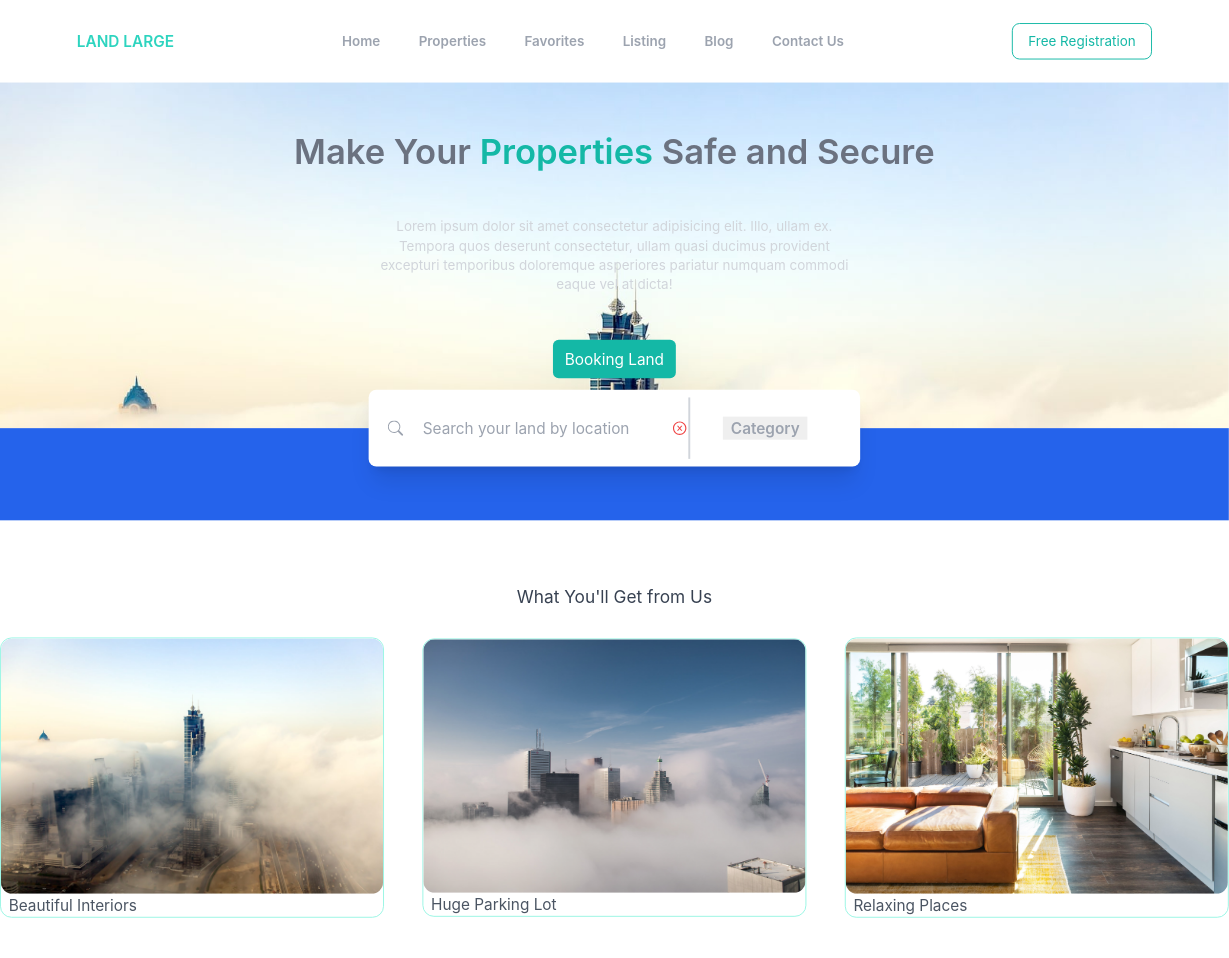
Repository: MuniruIssah/realestate
Page: /
The author's editor kept a copy of each file at every save. The page is drawn from the files as they stood at one save, then again after the next save.
The browser window is 1280 px wide. The pictures show the whole page, at 96% of full size.
The project was rebuilt for these pictures with package versions that can differ from the ones it lists, and the page was loaded fresh each time. Also part of the build but not shown: src/App.css.

Above is the page before, as saved 2022-02-19 23:20:40.

### src/App.js
import logo from "./logo.svg";
import "./App.css";
import Header from "./components/Header";
import Jumbotron from "./components/Jumbotron";
import Search from "./components/Search";
import Services from "./components/Services";

function App() {
  return (
    <div className="h-screen">
      <Header />
      <Jumbotron />
      <Search />
      <Services />
    </div>
  );
}

export default App;

### src/components/Header.js
import React from "react";
const links = [
  "Home",
  "Properties",
  "Favorites",
  "Listing",
  "Blog",
  "Contact Us",
];
const Header = () => {
  return (
    <div className="flex justify-between items-center px-3 lg:px-20 py-6">
      <span className="uppercase text-teal-400  font-semibold">land large</span>
      <div className="hidden lg:flex space-x-10 items-center">
        {links.map((link, index) => (
          <LinkItem key={index} name={link} />
        ))}
      </div>
      <button className="text-teal-500 border border-teal-500 rounded rounded-lg py-2 px-4 text-sm">
          Free Registration
      </button>
    </div>
  );
};

export default Header;

const LinkItem = ({ name }) => {
  return (
    <a href="#" className="text-gray-400 hover:text-teal-500 font-semibold text-sm">
      {name}
    </a>
  );
};

### src/components/Jumbotron.js
import React from "react";
import building from "../assets/building_cloud.jpg";
const Jumbotron = () => {
  return (
    <div
      style={{ backgroundImage: `url(${building})` }}
      className="h-3/6 flex flex-col justify-center items-center space-y-12 w-full  bg-no-repeat bg-cover"
    >
      <span className="lg:text-4xl text-gray-500 text-center font-semibold">
        Make Your <span className="text-teal-500">Properties</span> Safe and
        Secure
      </span>
      <p className="text-gray-300 text-sm text-center max-w-lg">
        Lorem ipsum dolor sit amet consectetur adipisicing elit. Illo, ullam ex.
        Tempora quos deserunt consectetur, ullam quasi ducimus provident
        excepturi temporibus doloremque asperiores pariatur numquam commodi
        eaque vel at dicta!
      </p>
      <button className="text-white bg-teal-500 py-2 px-3 rounded rounded-md">
          Booking Land
      </button>
    </div>
  );
};

export default Jumbotron;

### src/components/Search.js
import React from "react";
import { BsSearch } from "react-icons/bs";
import { AiOutlineCloseCircle } from "react-icons/ai";
const Search = () => {
  return (
    <div className="hidden lg:block  h-24 relative w-full bg-blue-600 mb-6">
      <div className="absolute h-20 w-full  -top-10">
        <div className="flex shadow shadow-xl h-full w-2/5 rounded rounded-lg bg-white mx-auto px-5 py-2">
          <div className="basis-2/3 flex items-center justify-center border-r-2 border-gray-300 space-x-5 ">
            <BsSearch className="text-gray-400" />
            <input
              type="text"
              className="w-60 outline-none text-gray-400"
              placeholder="Search your land by location"
            />
            <AiOutlineCloseCircle className="text-red-500" />
          </div>
          <div className="flex justify-center items-center basis-1/3">
            <select
              name="category"
              className="text-gray-400 outline-none px-2 font-semibold appearance-none"
              id=""
            >
              <option>Category</option>
            </select>
          </div>
        </div>
      </div>
    </div>
  );
};

export default Search;

### src/components/Services.js
import React from "react";
import interior from "../assets/interior.jpg";
import R from "../assets/R.png";
import building_cloud from "../assets/building_cloud.jpg";

const servicesList = [
  {
    image: building_cloud,
    service: "Beautiful Interiors",
  },
  {
    image: R,
    service: "Huge Parking Lot",
  },
  {
    image: interior,
    service: "Relaxing Places",
  },
];
const Services = () => {
  return (
    <div className="h-3/5 w-full flex flex-col justify-center items-center space-y-7 ">
      <h2 className="text-gray-700 text-lg">What You'll Get from Us</h2>
      <div className="md:flex md:space-x-10 justify-center items-center w-full">
        {servicesList.map((service, index) => (
          <ServicesCard key={index} {...service} />
        ))}
      </div>
    </div>
  );
};

export default Services;

const ServicesCard = ({ image, service }) => {
  return (
    <div className="group flex-1  border border-teal-200 hover:bg-teal-500 hover:ring-teal-500 rounded rounded-xl">
      <img src={image} alt="service" className="w-full h-46 object-cover rounded rounded-xl" />
      <span className="my-2 px-2 text-gray-600 group-hover:text-white">
        {service}
      </span>
      <button className="py-2 px-3 bg-white text-teal-500 group-hover:block hidden">
        Know More
      </button>
    </div>
  );
};

Loaded but not shown: public/index.html (common file); src/index.js (common file); src/index.css (common file); src/reportWebVitals.js (common file); tailwind.config.js (common file)

After the next save:
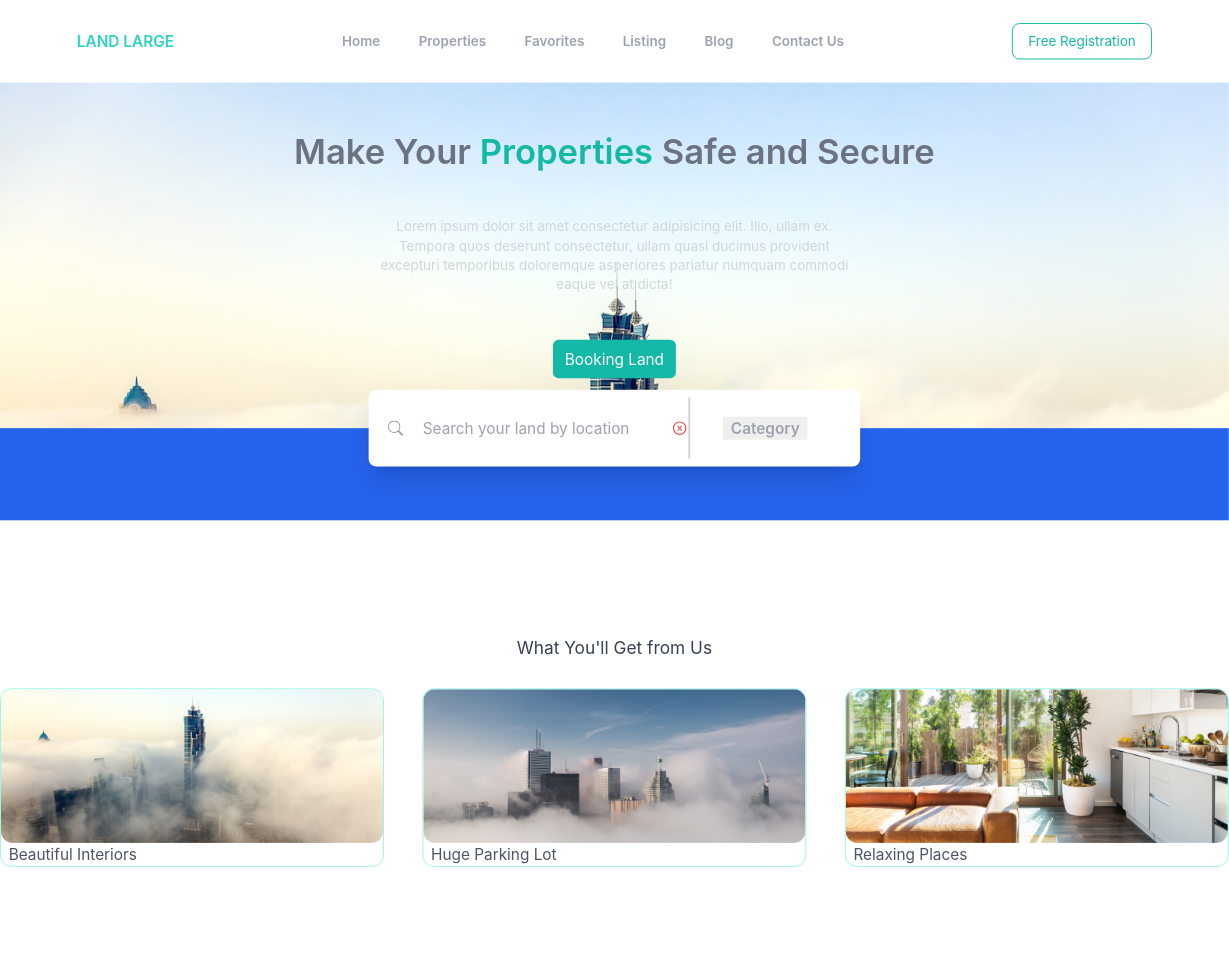
Saved 7 s later.
--- a/src/components/Services.js
+++ b/src/components/Services.js
@@ -35,7 +35,7 @@
 const ServicesCard = ({ image, service }) => {
   return (
     <div className="group flex-1  border border-teal-200 hover:bg-teal-500 hover:ring-teal-500 rounded rounded-xl">
-      <img src={image} alt="service" className="w-full h-46 object-cover rounded rounded-xl" />
+      <img src={image} alt="service" className="w-full h-40 object-cover rounded rounded-xl" />
       <span className="my-2 px-2 text-gray-600 group-hover:text-white">
         {service}
       </span>

After the save that followed:
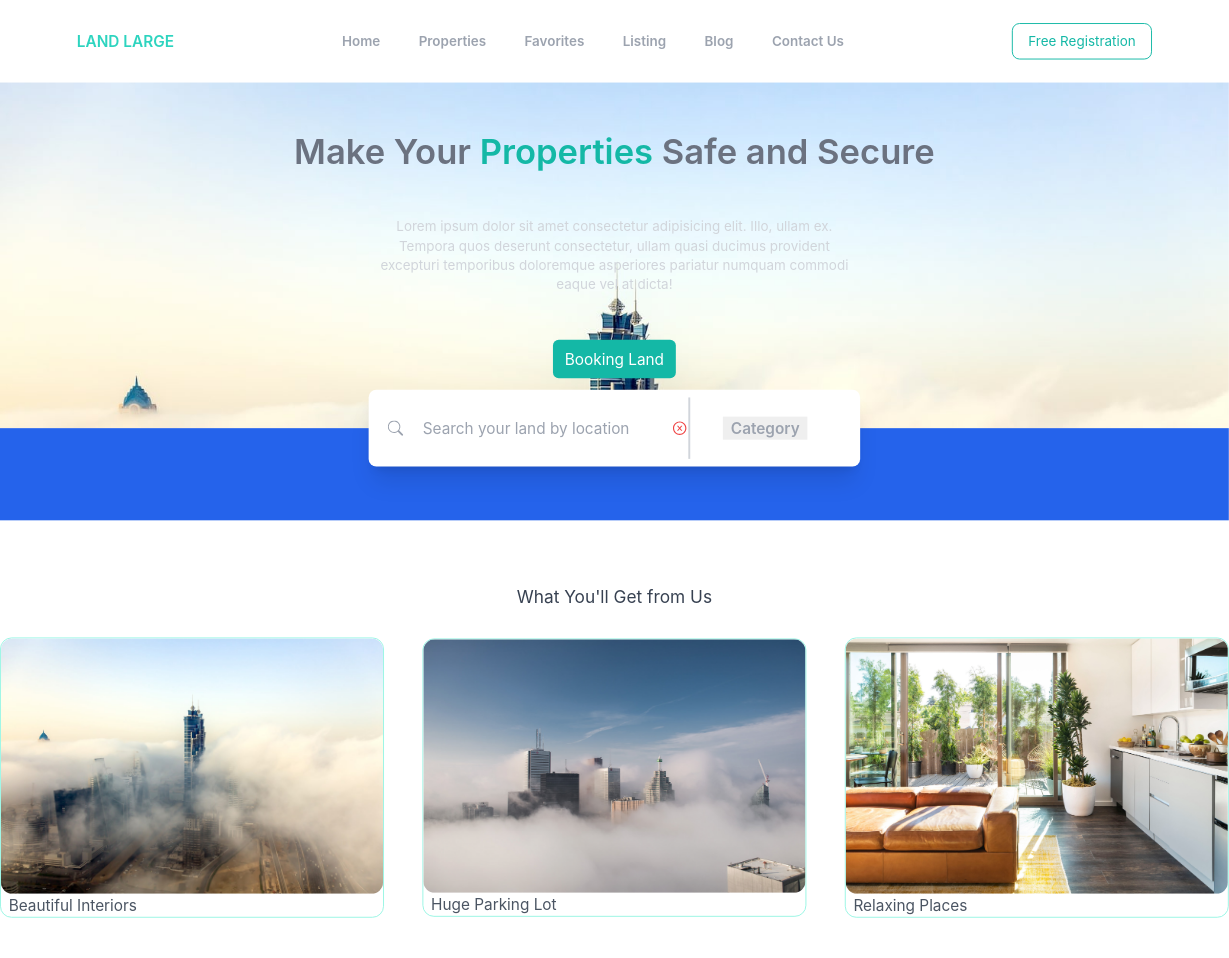
Saved 10 s later.
--- a/src/components/Services.js
+++ b/src/components/Services.js
@@ -35,7 +35,7 @@
 const ServicesCard = ({ image, service }) => {
   return (
     <div className="group flex-1  border border-teal-200 hover:bg-teal-500 hover:ring-teal-500 rounded rounded-xl">
-      <img src={image} alt="service" className="w-full h-40 object-cover rounded rounded-xl" />
+      <img src={image} alt="service" className="w-full h-42 object-cover rounded rounded-xl" />
       <span className="my-2 px-2 text-gray-600 group-hover:text-white">
         {service}
       </span>
